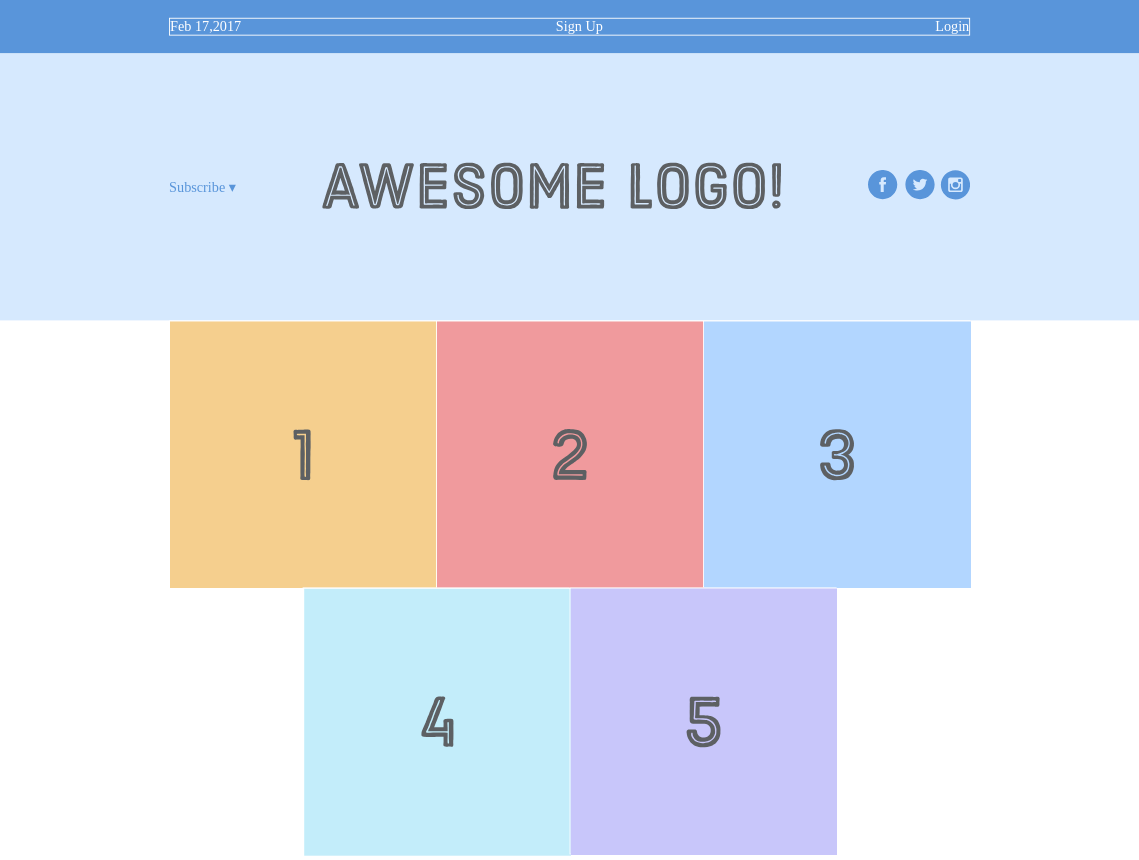
Repository: arkomz/INST377-Lab-Work
Page: client/lab_3/index.html
These files come from the project's save history. The page is drawn as it stood at one moment and after the next save; the edit follows.
The browser window is 1280 px wide. The pictures show the whole page, at 89% of full size.

Above is the page before, as saved 2021-09-17 13:06:35.

After the next save:
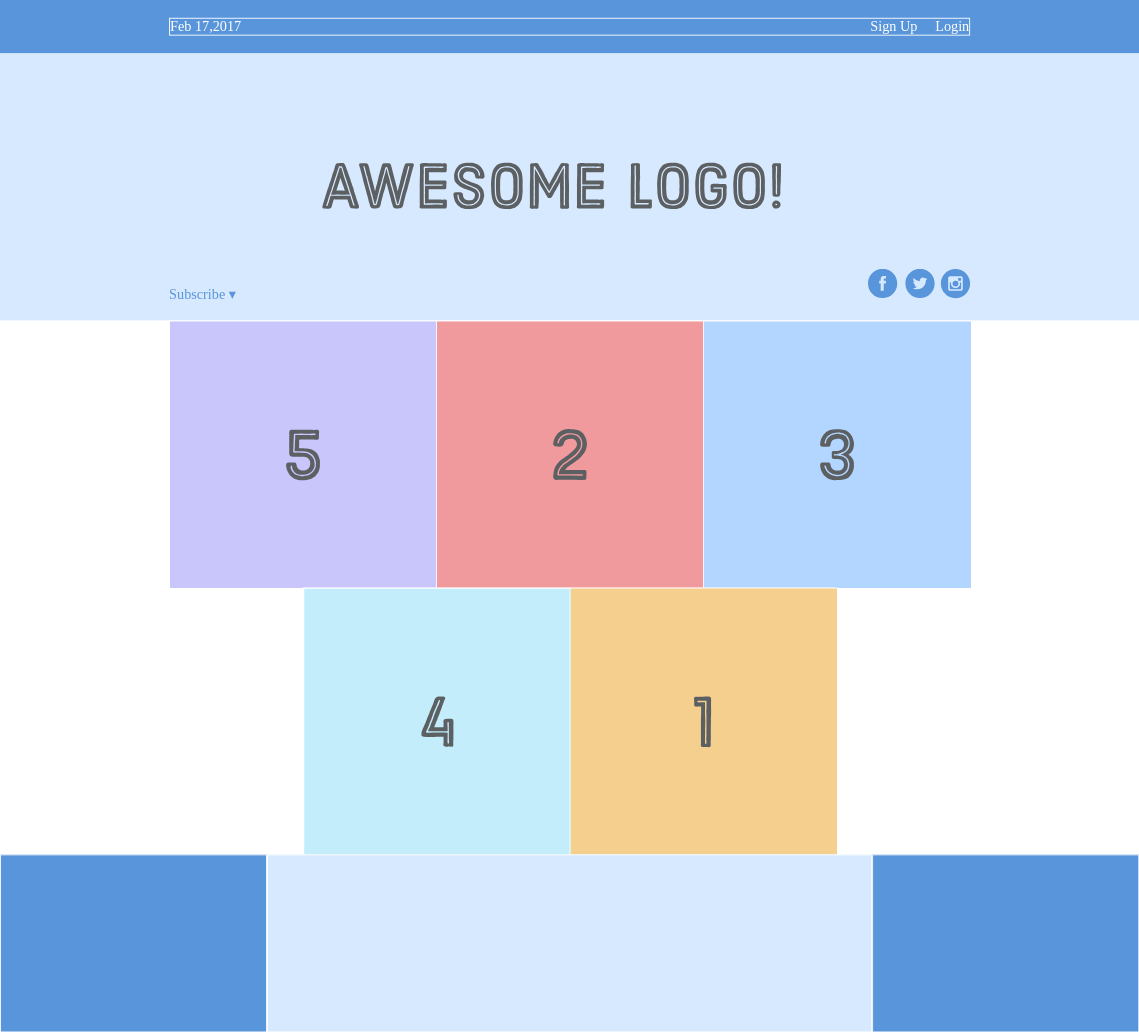
Saved 41 s later.
--- a/client/lab_3/styles.css
+++ b/client/lab_3/styles.css
@@ -63,3 +63,44 @@
     width: 300px;
     height: 300px;
   }
+
+  .first-item {
+    order: 1;
+  }
+
+  .last-item {
+    order: -1;
+  }
+
+  .social,
+  .subscribe {
+    align-self: flex-end;
+    margin-bottom: 20px;
+    }
+
+    .footer {
+    display: flex;
+    justify-content: space-between;
+  }
+
+  .footer-item {
+    border: 1px solid #fff;
+    background-color: #D6E9FE;
+    height: 200px;
+    flex: 1;
+  }
+
+  .footer-three {
+    flex: 2;
+  }
+
+  .footer-one,
+  .footer-three {
+    background-color: #5995DA;
+    flex: initial;
+    width: 300px;
+  }
+
+  .signup {
+    margin-left: auto;
+  }
